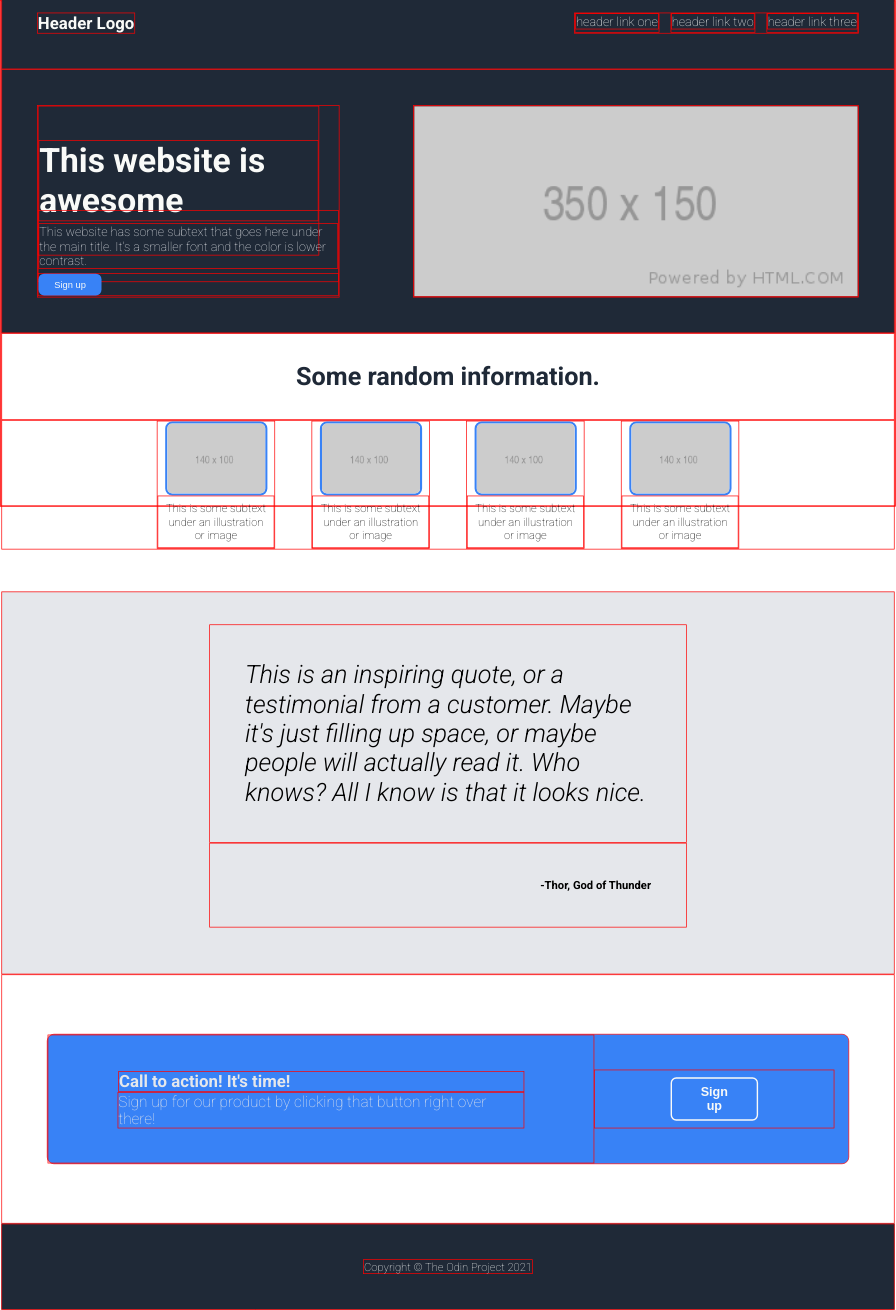
Repository: weazzyefff/The-Landing-Page
Page: index.html
These files come from the project's save history. The page is drawn as it stood at one moment and after the next save; the edit follows.
The browser window is 1280 px wide. The pictures show the whole page, at 70% of full size.

Above is the page before, as saved 2022-11-01 19:38:55.
Not found: index.js

After the next save:
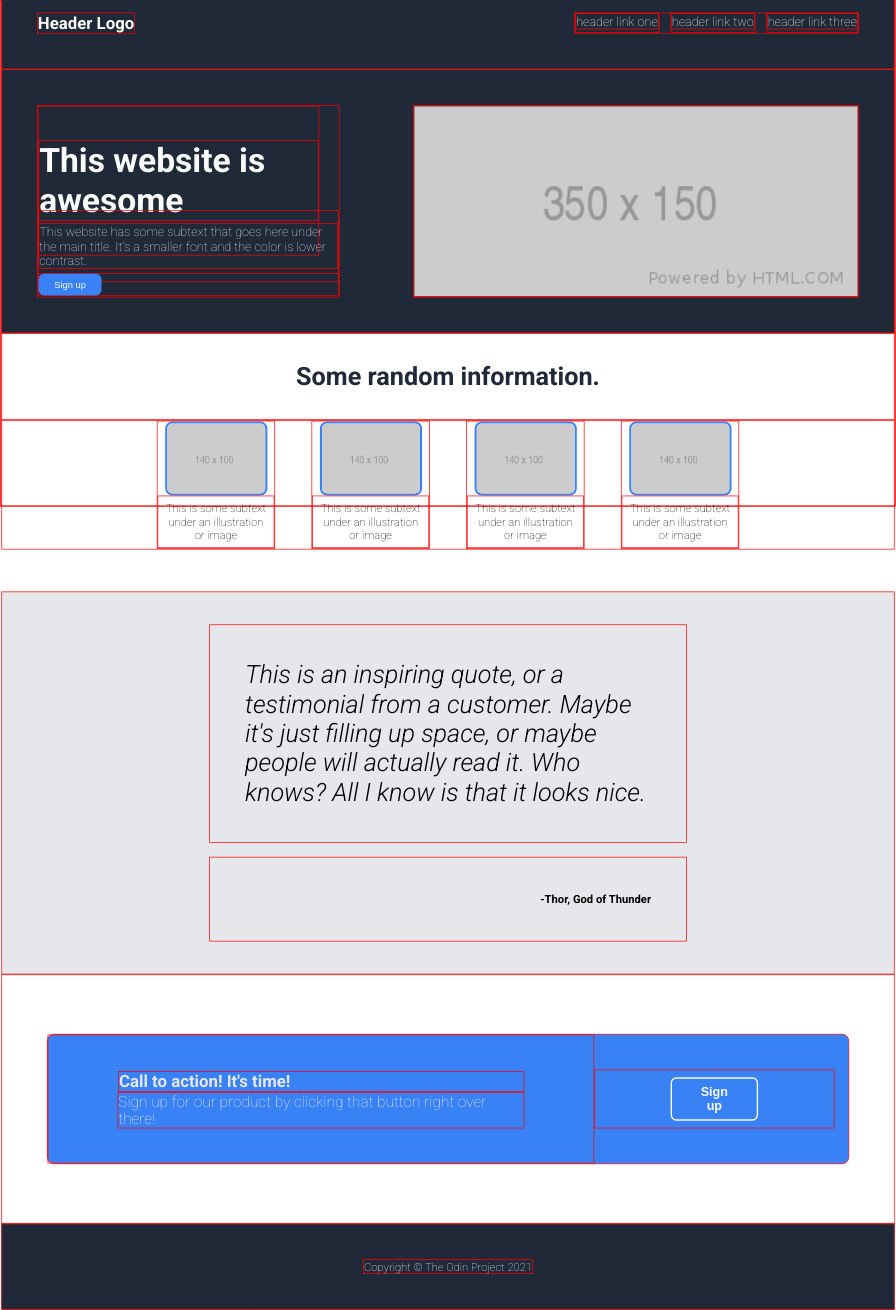
Saved 33 s later.
--- a/css/styles.css
+++ b/css/styles.css
@@ -160,10 +160,10 @@ ul {
     font-size: 36px;
     font-style: italic;
     font-weight: 300;
+    margin-bottom: 20px;
 }
 
 .quotee {
-    margin-bottom: 20px;
     display: flex;
     justify-content: right;
     font-weight: 800;
